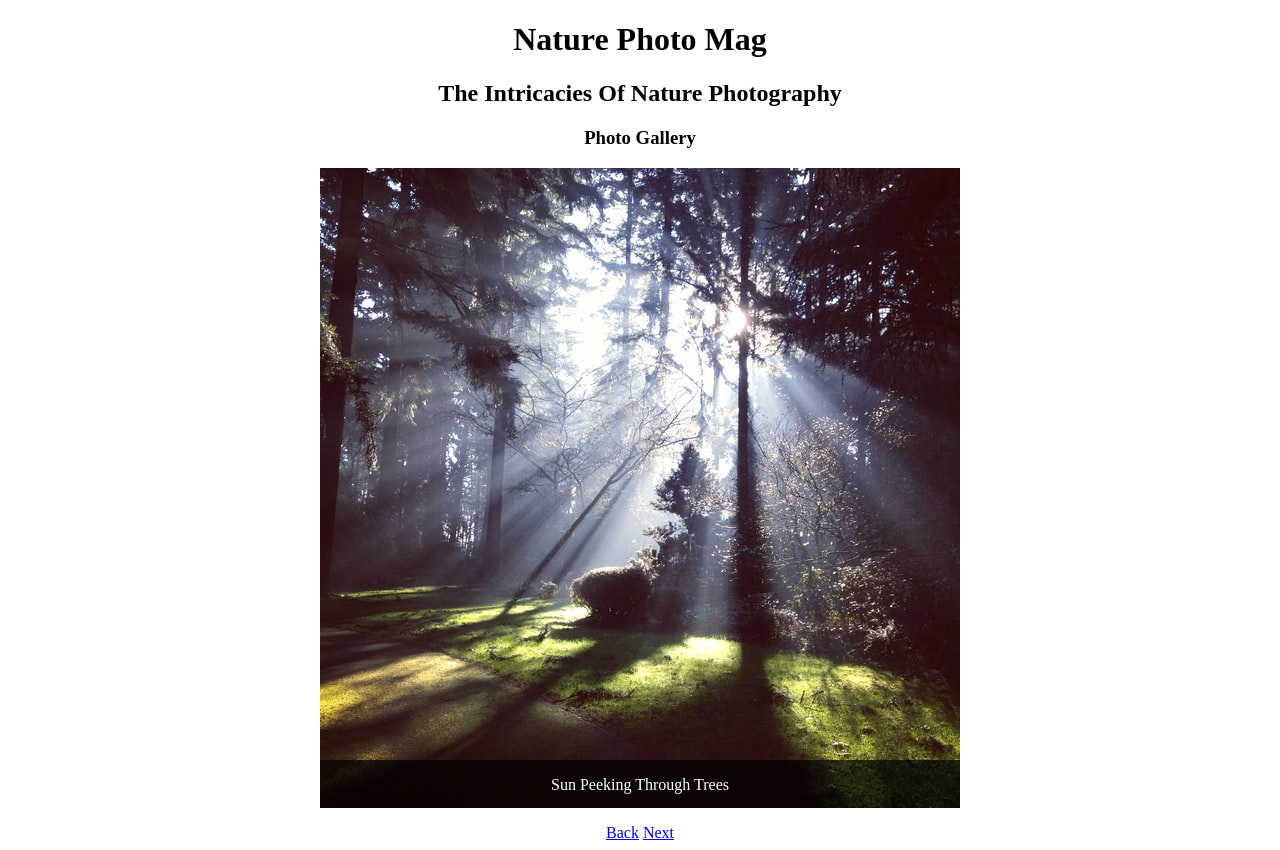
Repository: alexmaddux99/Image-Gallery
Page: index.html
These files come from the project's save history. The page is drawn as it stood at one moment and after the next save; the edit follows.
The browser window is 1280 px wide. The pictures show the whole page.
After loading, the first visible `a.next-btn` was clicked once.

Above is the page before, as saved 2022-03-08 15:47:33.

After the next save:
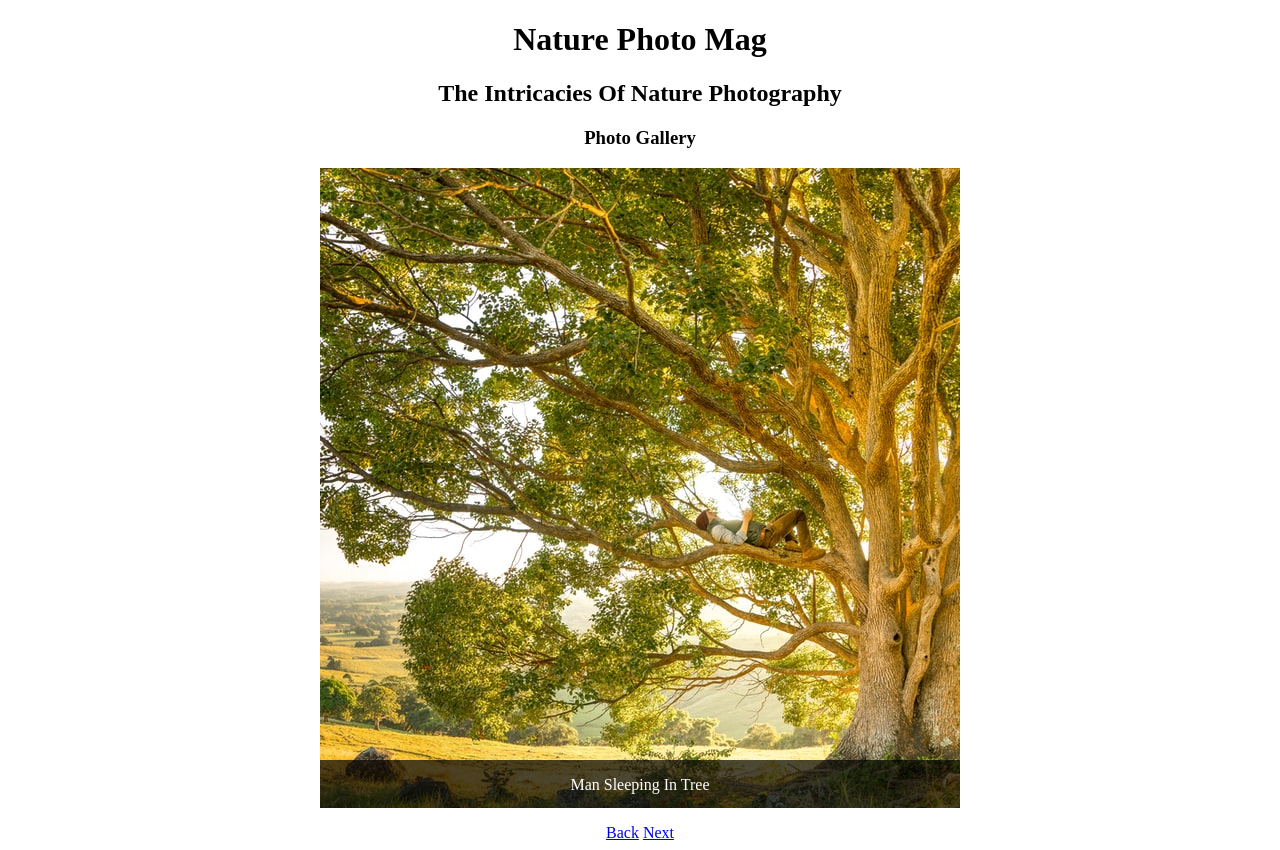
Console error: ReferenceError: showSlides is not defined
Saved 16 s later.
--- a/js/main.js
+++ b/js/main.js
@@ -44,7 +44,7 @@
 
     if(e.target.className == 'next-btn') {
       nextUp = showing.nextElementSibling;
-      setTimeout(2000); // Change image every 2 seconds
+      setTimeout(showSlides, 2000); // Change image every 2 seconds
     }
 
     if(e.target.className == 'back-btn') {

After the save that followed:
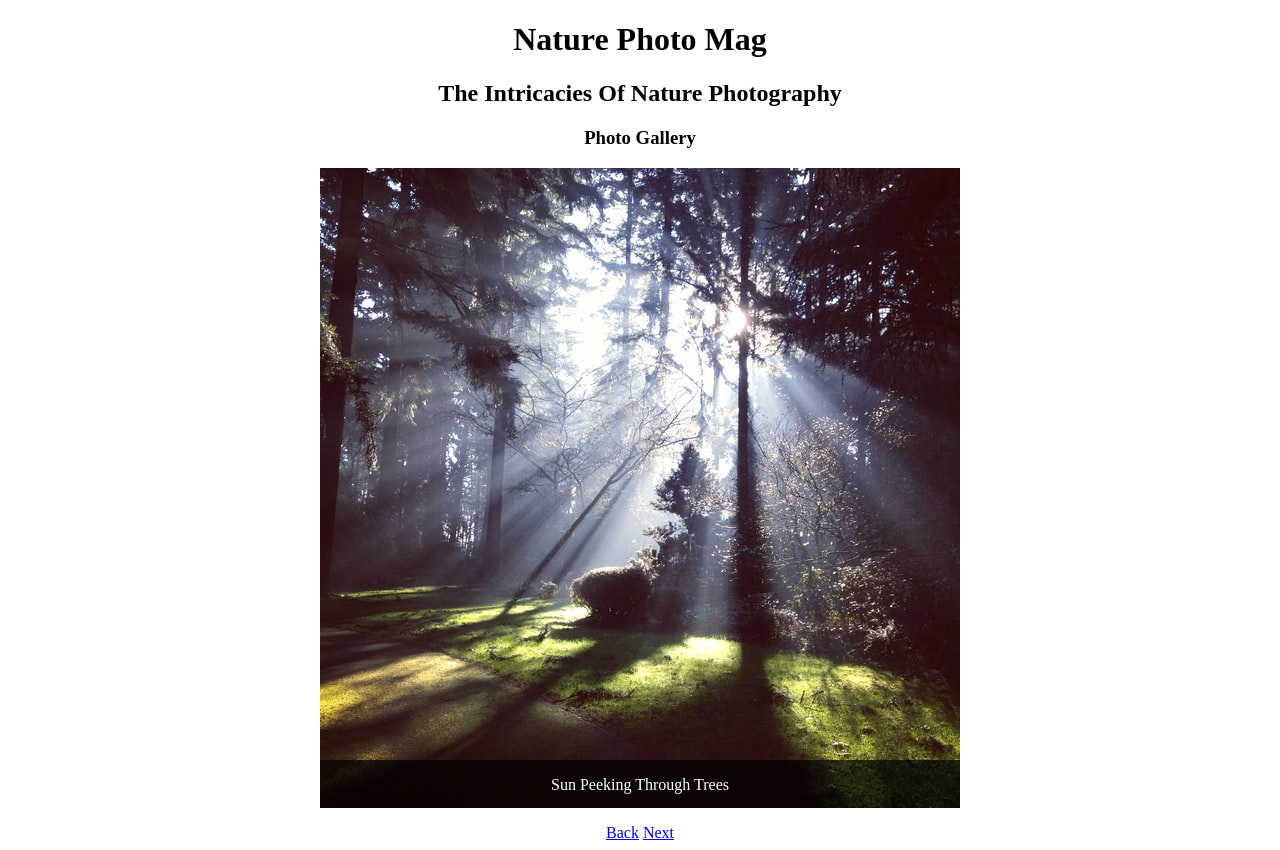
The error is gone.
Saved 5 s later.
--- a/js/main.js
+++ b/js/main.js
@@ -44,7 +44,7 @@
 
     if(e.target.className == 'next-btn') {
       nextUp = showing.nextElementSibling;
-      setTimeout(showSlides, 2000); // Change image every 2 seconds
+      setTimeout(changeSlide, 2000); // Change image every 2 seconds
     }
 
     if(e.target.className == 'back-btn') {
